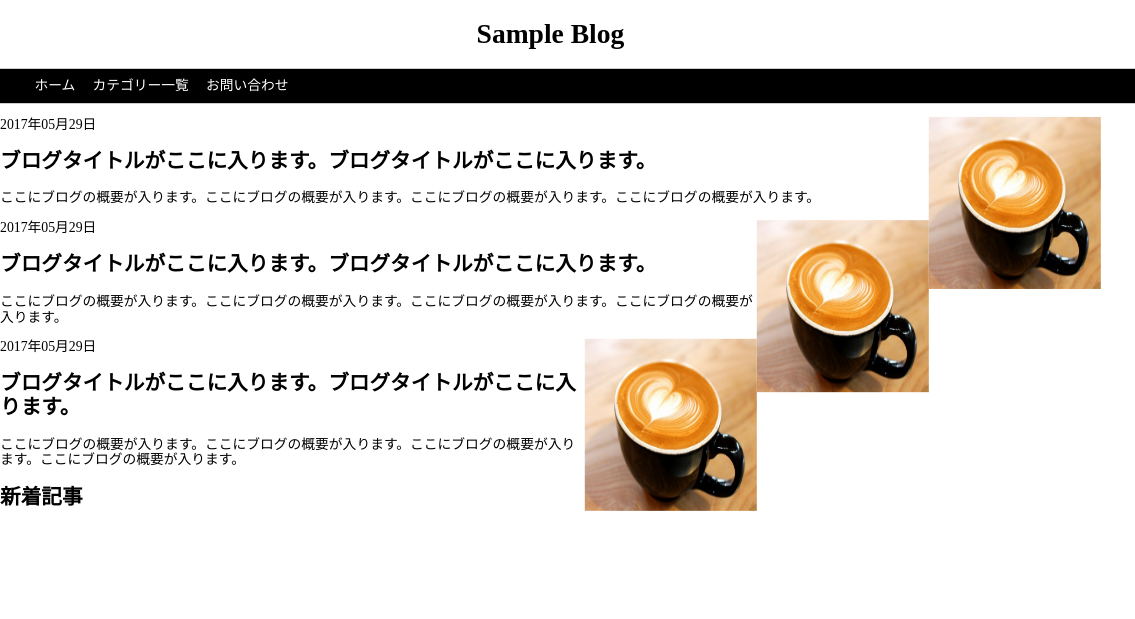
Repository: ayainokuchi/php_practice
Page: html/batty_coffee_stand/sampleblog.html
The author's editor kept a record of every edit. The page is drawn from the files as they stood at one moment, then again after the next edit.
The browser window is 1280 px wide. The page is 1320 px wide, so the pictures cover 1320 px, including what lies to the right of the window. The pictures show the whole page, at 86% of full size.

Above is the page before.

After the next edit:
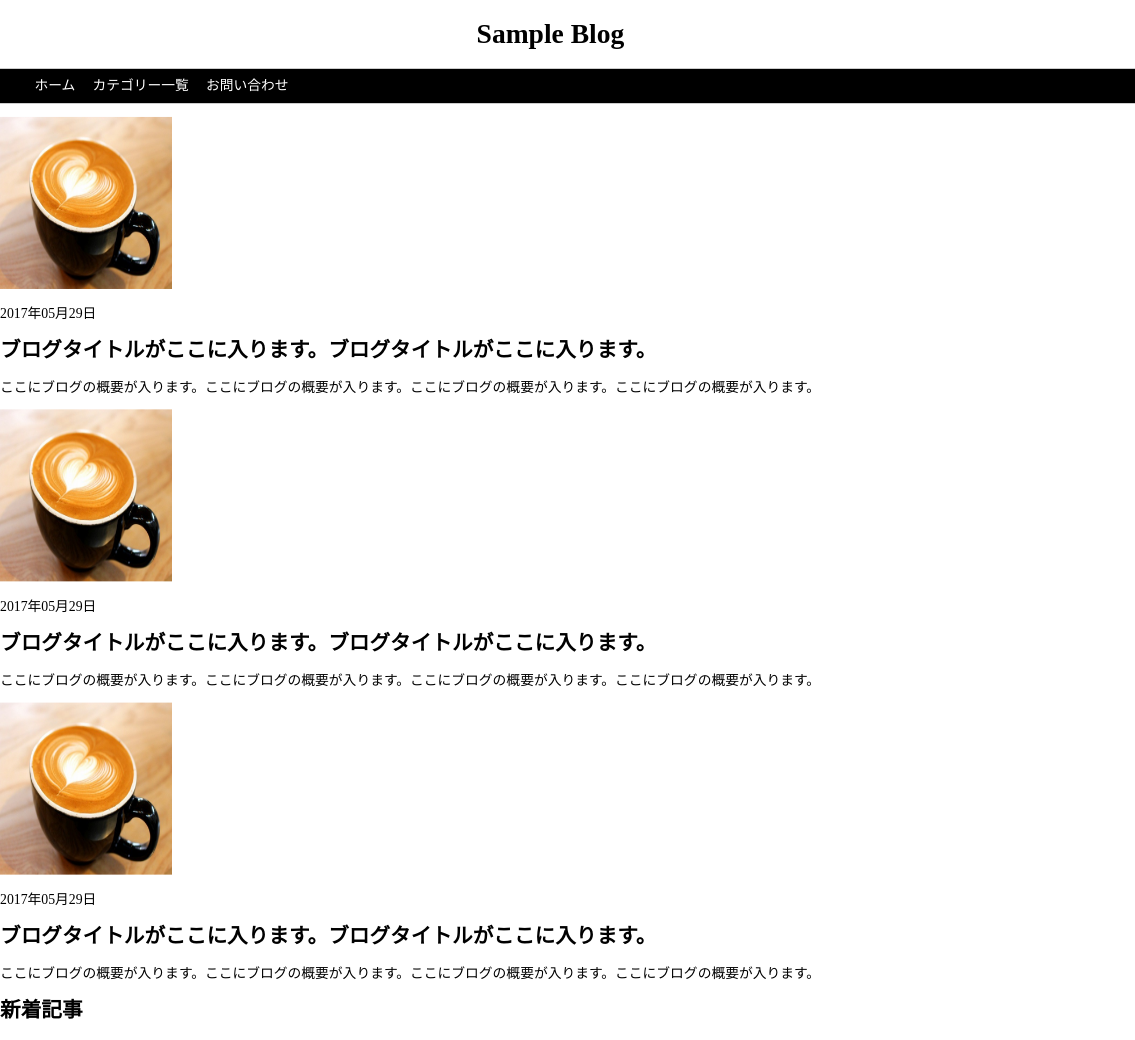
The edit:
--- a/html/batty_coffee_stand/css/sampleblog.css
+++ b/html/batty_coffee_stand/css/sampleblog.css
@@ -35,7 +35,3 @@
 .blog-details {
     float: right;
 }
-
-.staff-image {
-    float: right;
-}
